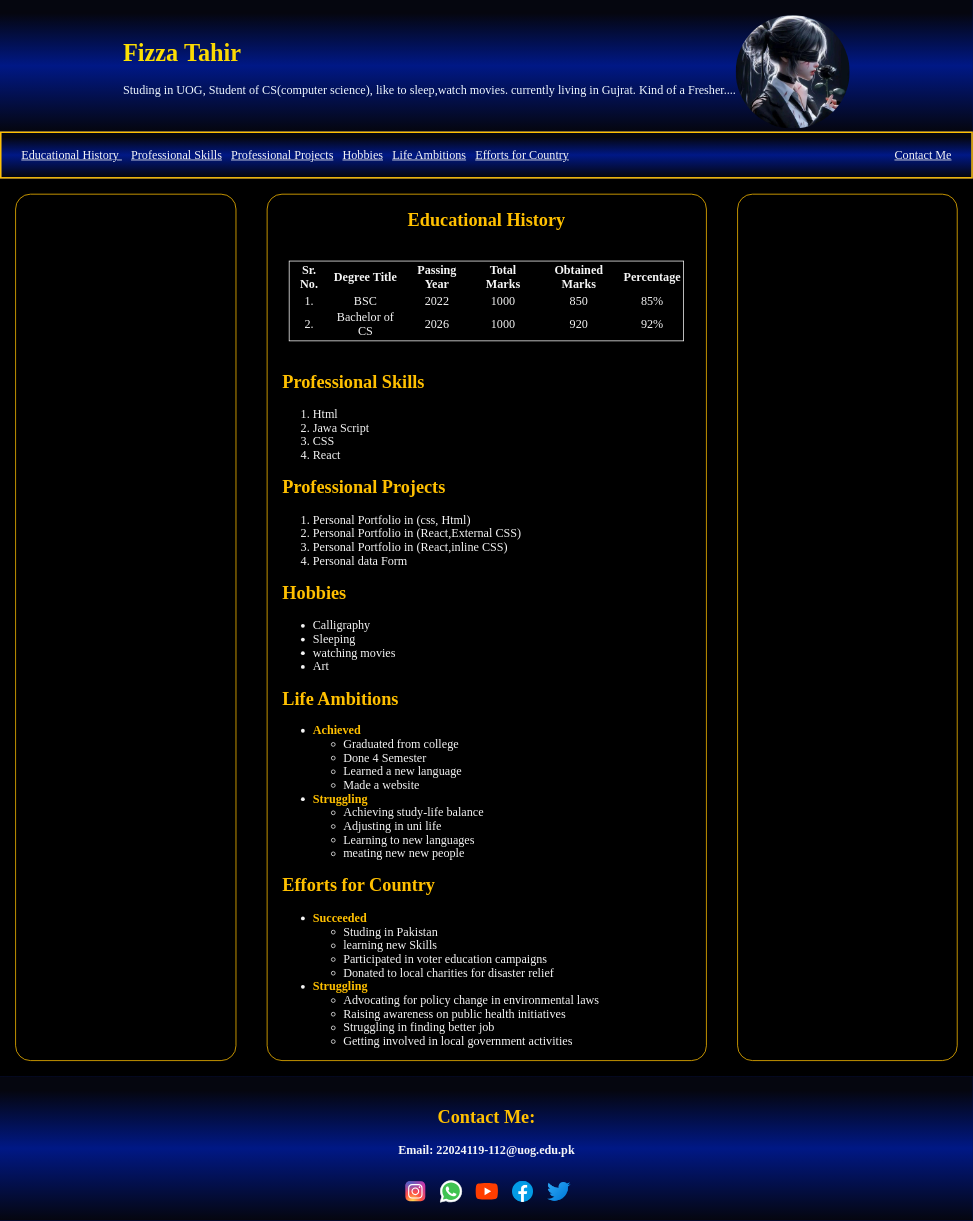
Repository: Fizza-112/project
Page: /
These files come from the project's save history. The page is drawn as it stood at one moment and after the next save; the edit follows.
The browser window is 1280 px wide. The pictures show the whole page, at 76% of full size.
The project was rebuilt for these pictures with package versions that can differ from the ones it lists, and the page was loaded fresh each time. Also part of the build but not shown: vite.config.ts.

Above is the page before, as saved 2024-09-18 12:10:05.

After the next save:
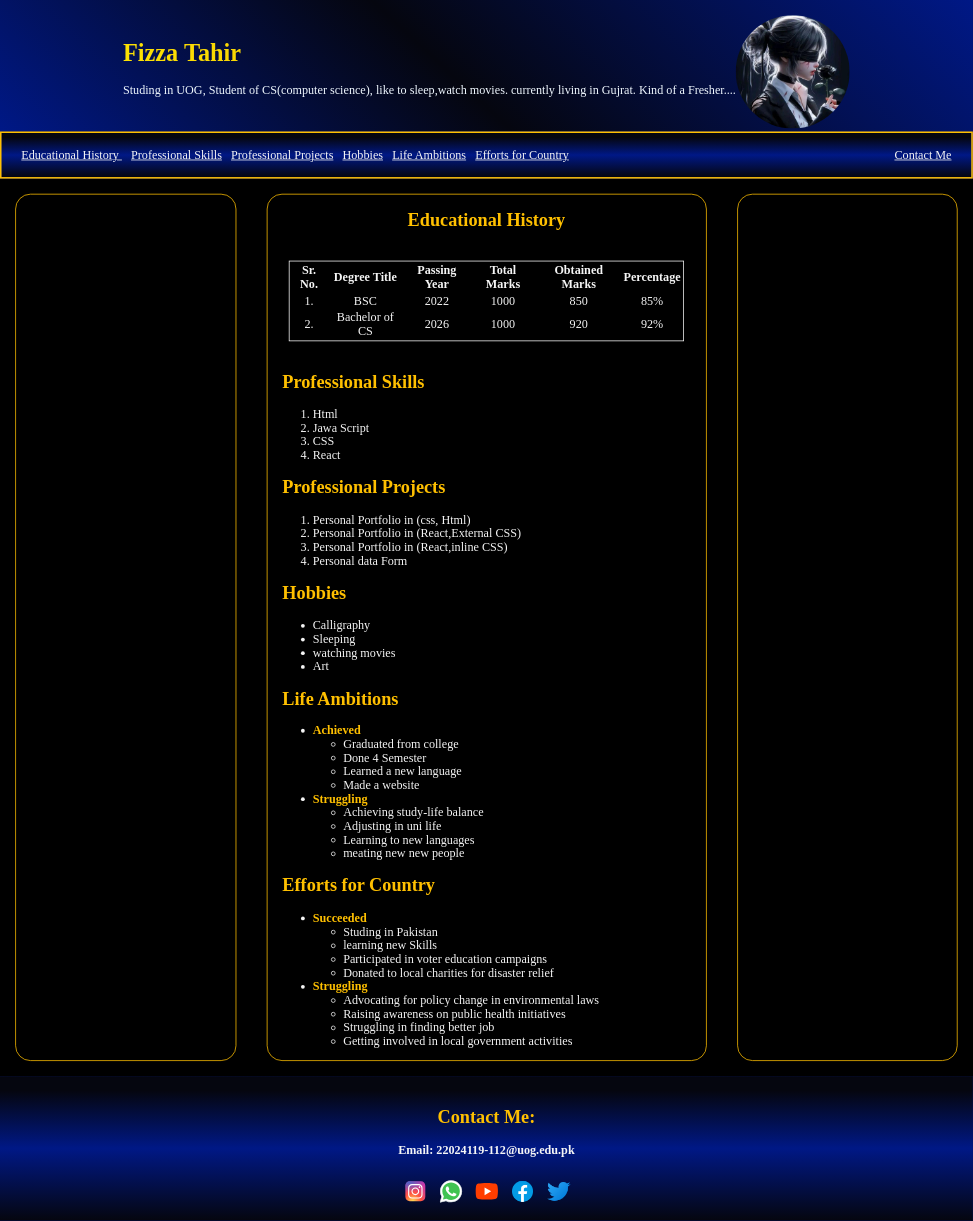
Saved 56 s later.
--- a/src/App.css
+++ b/src/App.css
@@ -22,7 +22,7 @@
   color:aliceblue;
   background-color: #001886;
   background-image: linear-gradient(180deg, #05060f 10%,#001886   50%, #05060f 100%);
-/* background-image: linear-gradient(43deg, #001886 0%, #05060f 46%, #001886  100%);  */
+background-image: linear-gradient(43deg, #001886 0%, #05060f 46%, #001886  100%);
 }
 #name{
   /*

After the 2 saves that followed:
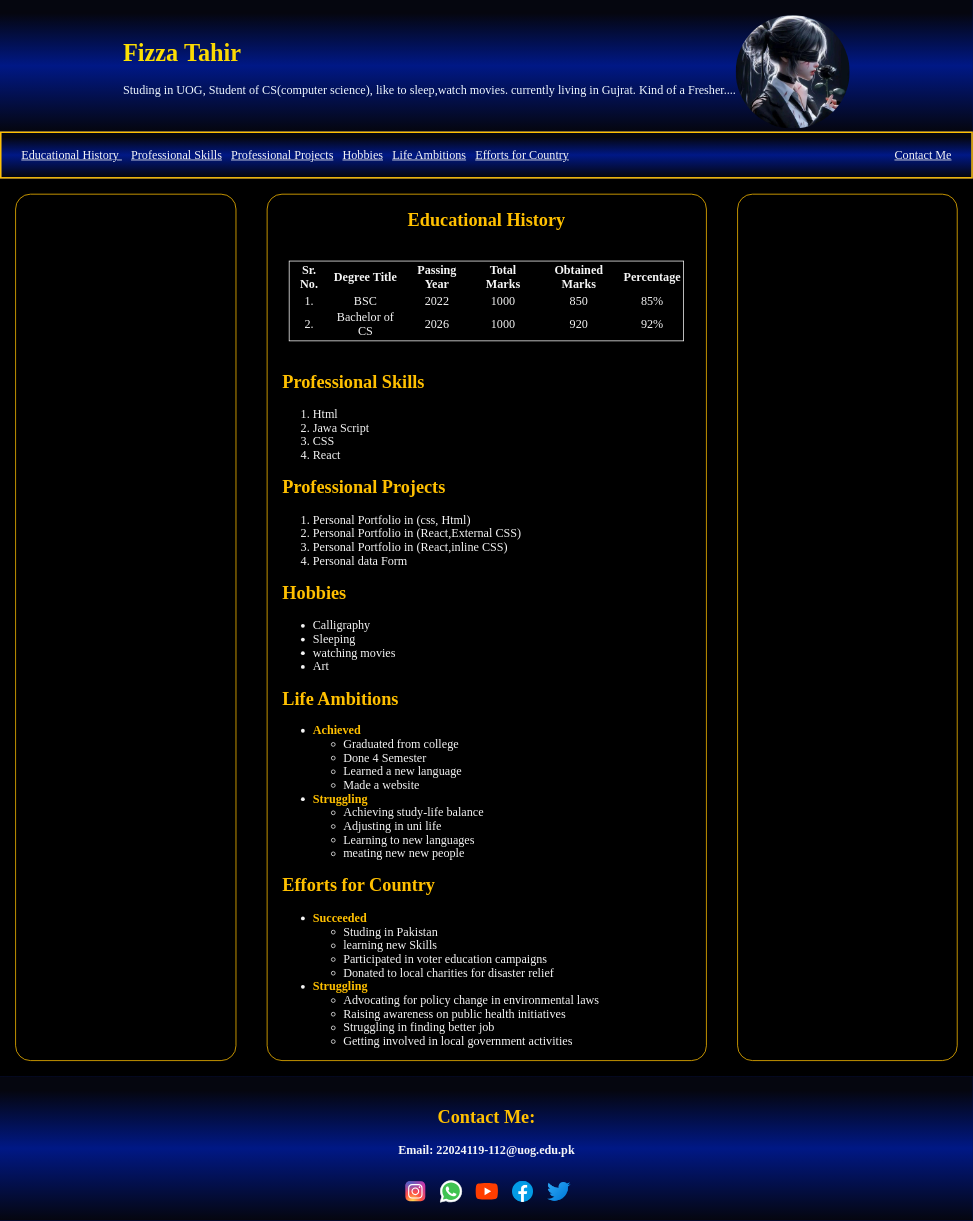
The 2 saves are shown as one change because 1 left the picture as it was.
The last was saved 38 s later.
--- a/src/App.css
+++ b/src/App.css
@@ -22,7 +22,7 @@
   color:aliceblue;
   background-color: #001886;
   background-image: linear-gradient(180deg, #05060f 10%,#001886   50%, #05060f 100%);
-background-image: linear-gradient(43deg, #001886 0%, #05060f 46%, #001886  100%);
+/* background-image: linear-gradient(43deg, #001886 0%, #05060f 46%, #001886  100%);  */
 }
 #name{
   /*
